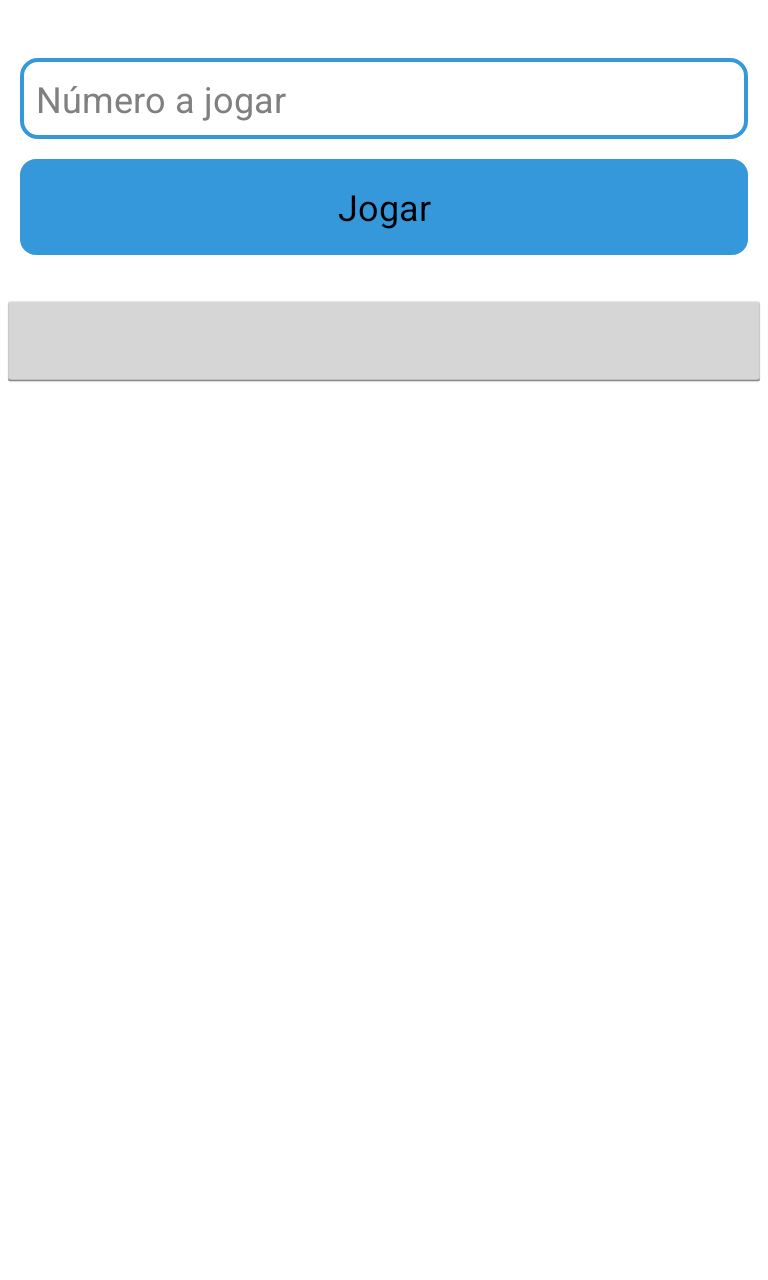
Repository: gokugohan/ddm
Layout: JogoDeAdivinha/res/layout/activity_final.xml
These files come from the project's save history. The layout is drawn as it stood at one moment and after the next save; the edit follows.
It is drawn on a 768 x 1280 px phone screen (xhdpi) without system bars, with theme AppTheme; the app's code is not run.

Above is the layout before, as saved 2014-11-07 11:46:15.

After the next save:
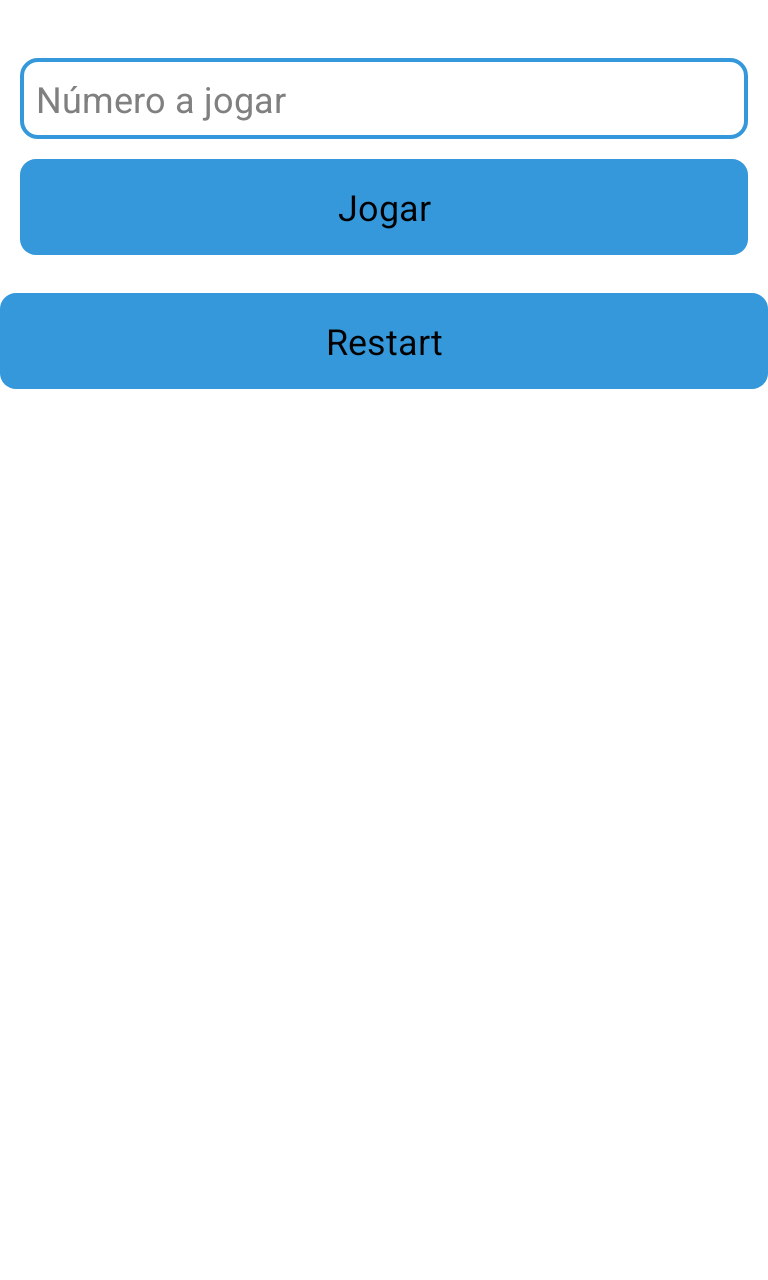
Saved 16 s later.
--- a/JogoDeAdivinha/res/layout/activity_final.xml
+++ b/JogoDeAdivinha/res/layout/activity_final.xml
@@ -34,5 +34,8 @@
 
     <Button android:id="@+id/id_btn_restart"
         android:layout_width="match_parent"
-        android:layout_height="wrap_content"/>
+        android:layout_height="wrap_content"
+        android:background="@drawable/custom_button"
+        android:text="Restart"
+        />
 </LinearLayout>
